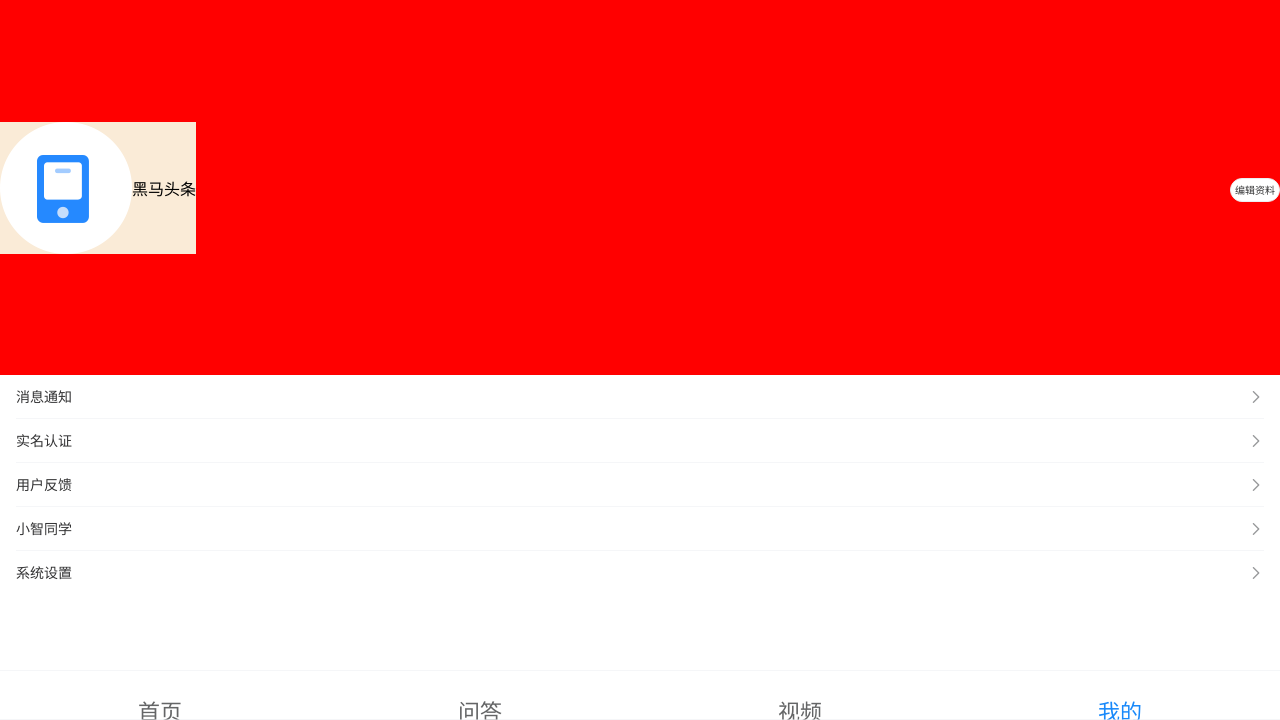
Repository: Tsukiau/yj-toutiao-m
Page: /#/my
An editor plug-in stored every save of this project. The page is shown before and after the next save, followed by the edit.
The browser window is 1280 px wide. The pictures show the whole page.
Some web fonts or font styles are not loaded; a fallback is used. The project was rebuilt for these pictures with package versions that can differ from the ones it lists, and the page was loaded fresh each time. Also part of the build but not shown: vue.config.js.

Above is the page before, as saved 2022-11-06 14:54:13.

After the next save:
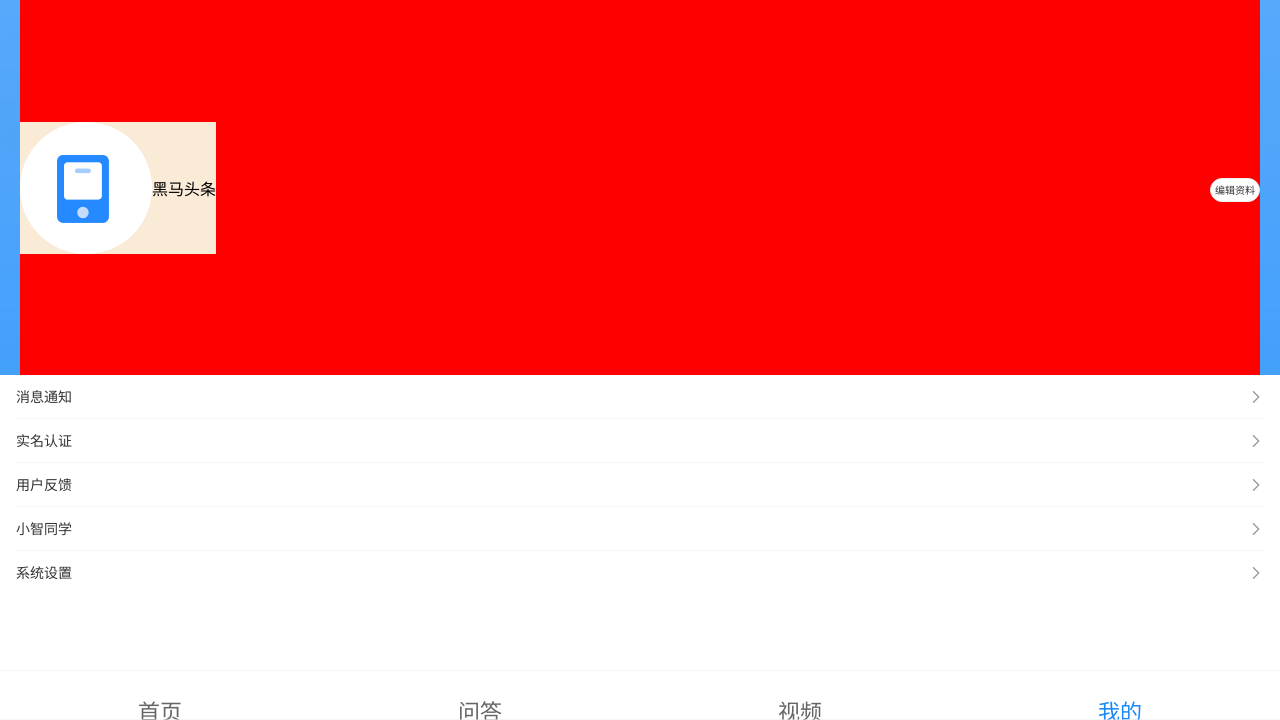
Saved 9 s later.
--- a/src/views/my/index.vue
+++ b/src/views/my/index.vue
@@ -50,6 +50,7 @@ export default {
     .base {
       display: flex;
       justify-content: space-between;
+      margin: 0 20px;
       align-items: center;
       background-color: red;
       height: 100%;
